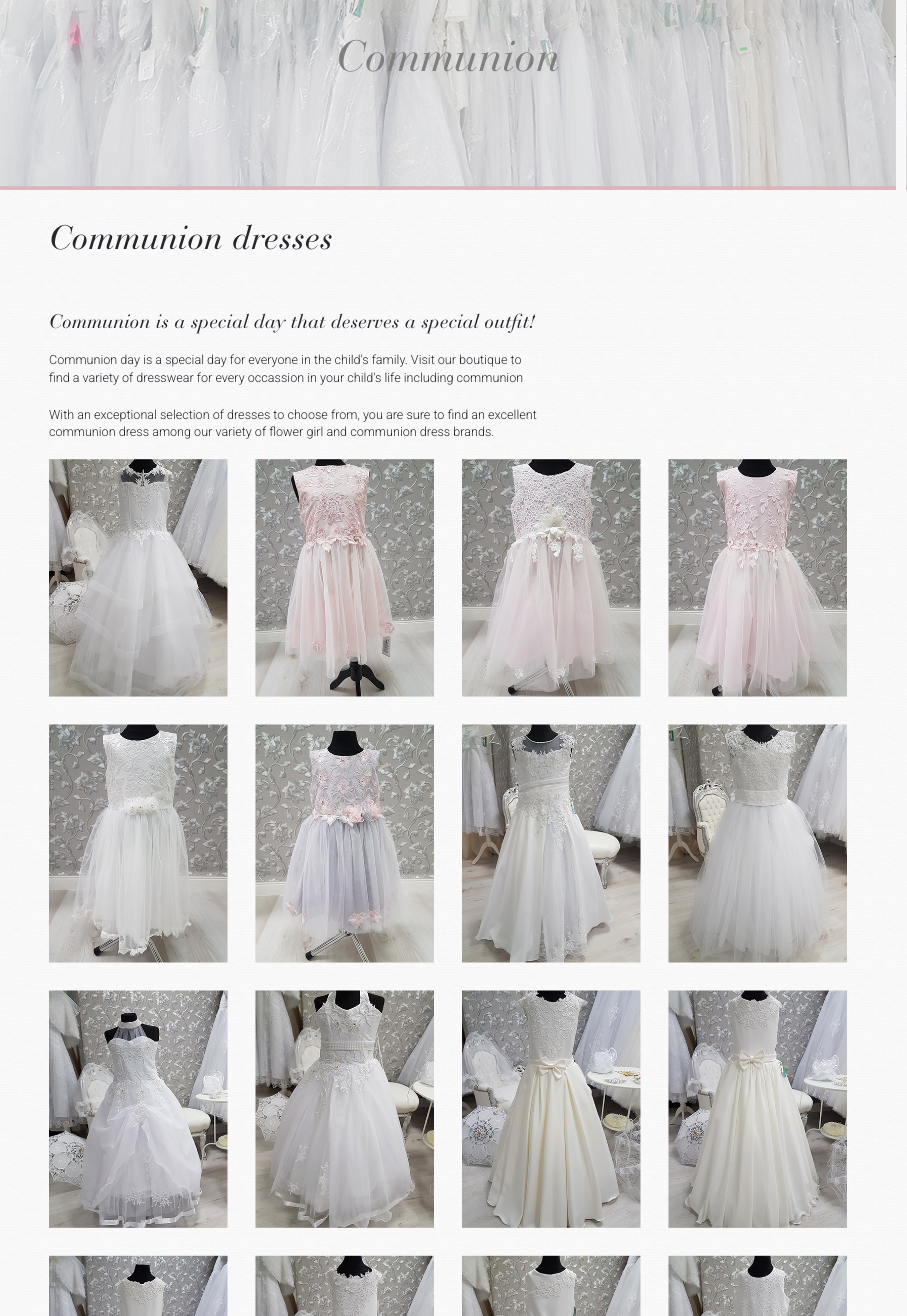
Repository: Archezi/stitchingfairyalternations
Page: pages/communion.html
The author's editor kept a copy of each file at every save. The page is drawn from the files as they stood at one save, then again after the next save.
The browser window is 1280 px wide. The page is 1295 px wide, so the pictures cover 1295 px, including what lies to the right of the window. The pictures show the part of the page from y = 310 to 2190 px (the page is 4306 px tall), at 70% of full size.
Some web libraries are served in a nearby version.

Above is the page before, as saved 2018-08-03 23:20:40.

After the next save:
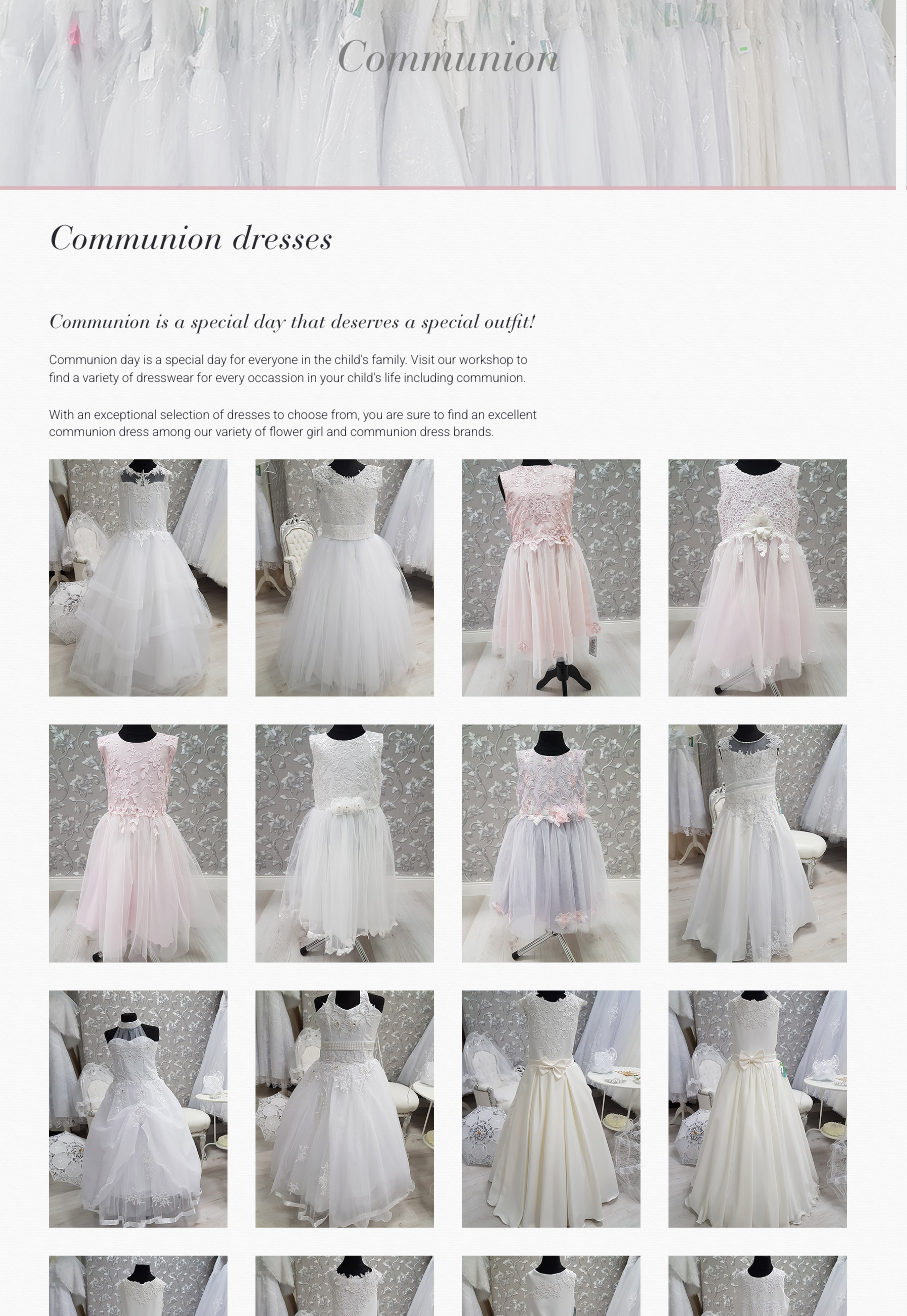
Saved 7 min 27 s later.
--- a/pages/communion.html
+++ b/pages/communion.html
@@ -101,7 +101,7 @@
                         a special outfit!
                         </p>
                     <p class="article_caption">
-                        Communion day is a special day for everyone in the child's family. Visit our boutique to find a variety of dresswear for every occassion in your child's life including communion
+                        Communion day is a special day for everyone in the child's family. Visit our workshop to find a variety of dresswear for every occassion in your child's life including communion.
                     </p>
                     <p class="article_caption">
                         With an exceptional selection of dresses to choose from, you are sure to find an excellent communion dress among our variety of flower girl and communion dress brands.
@@ -112,7 +112,9 @@
                         <a href="" class="img-gallery">
                             <img src="../images/communion-dress/communion-dress-24.jpg" alt="">
                         </a>
-
+                        <a href="" class="img-gallery">
+                            <img src="../images/communion-dress/communion-dress-7.jpg" alt="">
+                        </a>
                         <a href="" class="img-gallery">
                             <img src="../images/communion-dress/communion-dress-1.jpg" alt="">
                         </a>
@@ -131,9 +133,7 @@
                         <a href="" class="img-gallery">
                             <img src="../images/communion-dress/communion-dress-6.jpg" alt="">
                         </a>
-                        <a href="" class="img-gallery">
-                            <img src="../images/communion-dress/communion-dress-7.jpg" alt="">
-                        </a>
+
                         <a href="" class="img-gallery">
                             <img src="../images/communion-dress/communion-dress-8.jpg" alt="">
                         </a>
